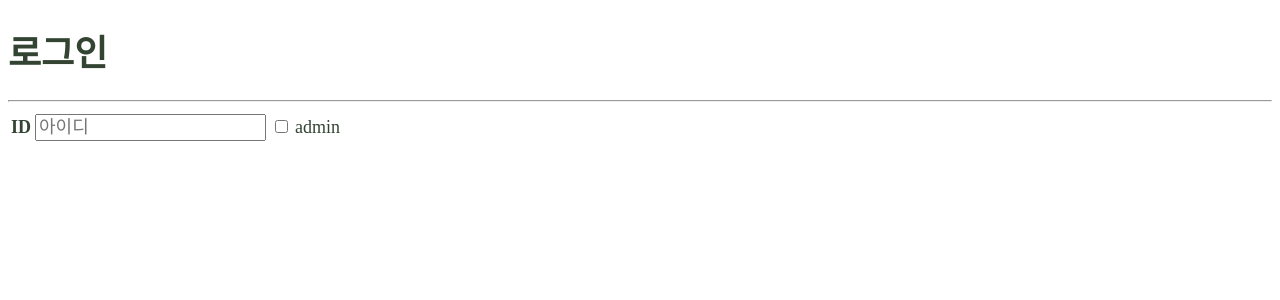
Repository: Umkimisstrong/UM_SpringMVCStudy
Page: http://localhost/mvc04/LoginForm.jsp
An editor plug-in stored every save of this project. The page is shown before and after the next save, followed by the edit.
The browser window is 1280 px wide. The pictures show the whole page.
The page is served by Tomcat 9.

Above is the page before, as saved 2022-06-02 00:38:54.

After the next save:
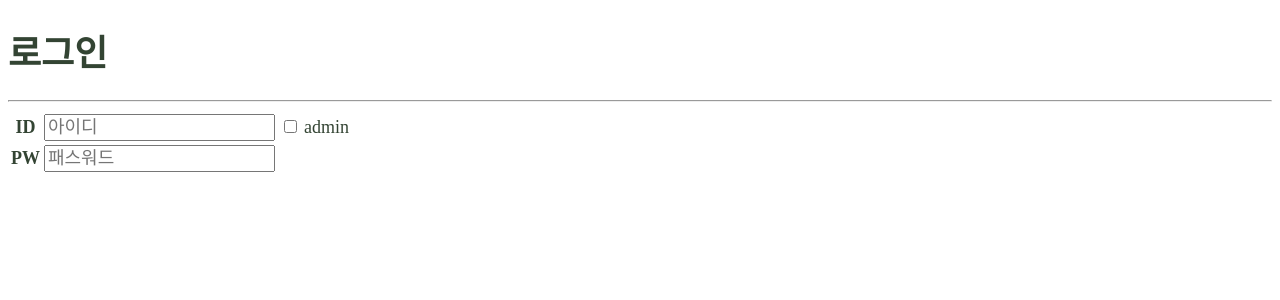
Saved 40 s later.
--- a/mvc04/WebContent/LoginForm.jsp
+++ b/mvc04/WebContent/LoginForm.jsp
@@ -41,6 +41,14 @@
 							<label for="admin">admin</label>
 					</td>
 				</tr>
+				<tr>
+					<th>
+						<label for="pw">PW</label>
+					</th>
+					<td>
+						<input type="password" id="pw" name="pw" placeholder="패스워드" />
+					</td>
+				</tr>
 			</table>
 		</form>
 	</div>
